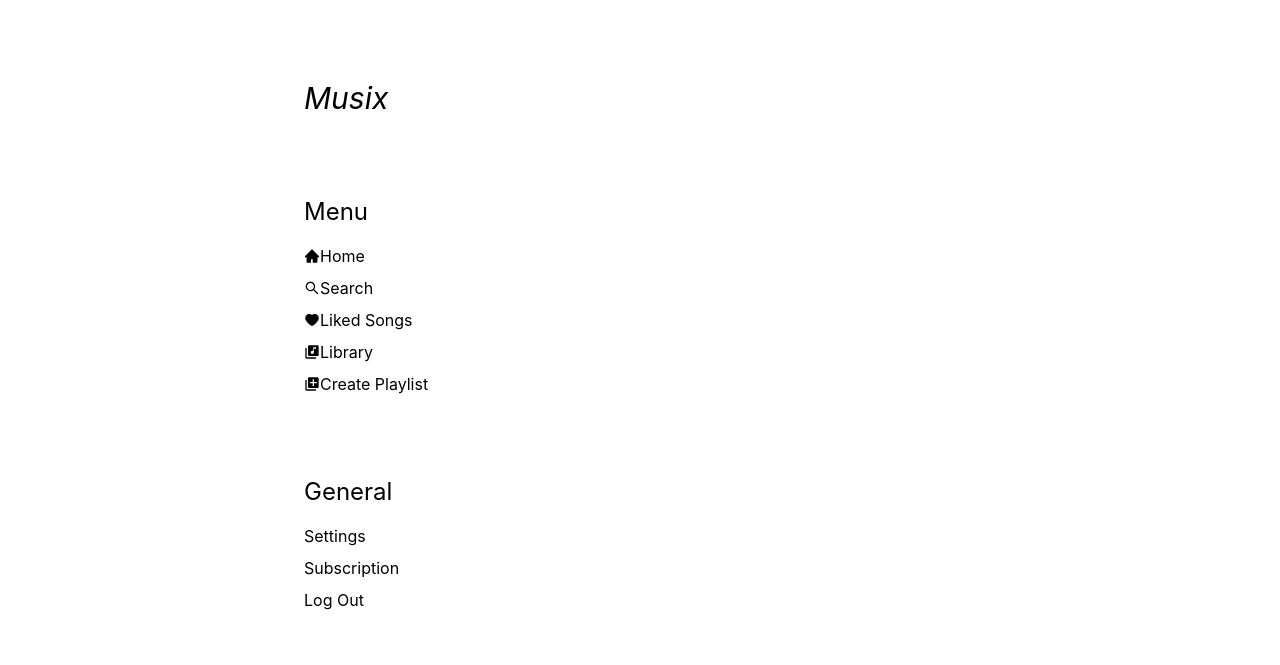
Repository: brandford7/music-player
Page: /
The author's editor kept a copy of each file at every save. The page is drawn from the files as they stood at one save, then again after a run of saves.
The browser window is 1280 px wide. The pictures show the whole page.
The project was rebuilt for these pictures with package versions that can differ from the ones it lists, and the page was loaded fresh each time. The framework's server and built-in components were replaced by stand-ins that run in the browser. Also part of the build but not shown: next.config.js.

Above is the page before, as saved 2022-11-18 11:25:15.

### pages/index.js
import Head from "next/head";
import Image from "next/image";
import { Sidebar } from "../components";

export default function Home() {
  return (
    <div className="flex mx-auto max-w-2xl my-20">
      <Head>
        <title>Music Player</title>
        <meta name="description" content="Generated by create next app" />
        <link rel="icon" href="/favicon.ico" />
      </Head>
      <aside>
        <Sidebar />
      </aside>
    </div>
  );
}

### styles/globals.css
@tailwind base;
@tailwind components;
@tailwind utilities;



html,
body {
  padding: 0;
  margin: 0;
  font-family: -apple-system, BlinkMacSystemFont, Segoe UI, Roboto, Oxygen,
    Ubuntu, Cantarell, Fira Sans, Droid Sans, Helvetica Neue, sans-serif;
}

a {
  color: inherit;
  text-decoration: none;
}

* {
  box-sizing: border-box;
}

@media (prefers-color-scheme: dark) {
  html {
    color-scheme: dark;
  }
  body {
    color: white;
    background: black;
  }
}

### components/index.js
export {default as Sidebar} from './Sidebar';

### components/Sidebar.jsx
import React from "react";
import {
  AiFillHome,
  AiOutlineSearch,
  AiFillHeart,
  AiFillSetting,
} from "react-icons/ai";
import { MdLibraryMusic, MdLibraryAdd } from "react-icons/md";

const Sidebar = () => {
  return (
    <div className="flex flex-col space-y-20">
      <section>
        <h1 className="text-3xl italic">Musix</h1>
      </section>
      <section>
        <h2 className="mb-4 text-2xl">Menu</h2>
        <ul className="space-y-2">
          <li className="flex items-center ">
            <AiFillHome />
            Home
          </li>
          <li className="flex items-center ">
            <AiOutlineSearch />
            Search
          </li>
          <li className="flex items-center ">
            <AiFillHeart />
            Liked Songs
          </li>
          <li className="flex items-center ">
            <MdLibraryMusic />
            Library
          </li>
          <li className="flex items-center ">
            <MdLibraryAdd />
            Create Playlist
          </li>
        </ul>
      </section>
      <section>
        <h2 className="mb-4 text-2xl">General</h2>
        <ul className="space-y-2">
          <li>Settings</li>
          <li>Subscription</li>
          <li>Log Out</li>
        </ul>
      </section>
    </div>
  );
};

export default Sidebar;

Loaded but not shown: pages/_app.js (common file); tailwind.config.js (common file)

After the next 3 saves:
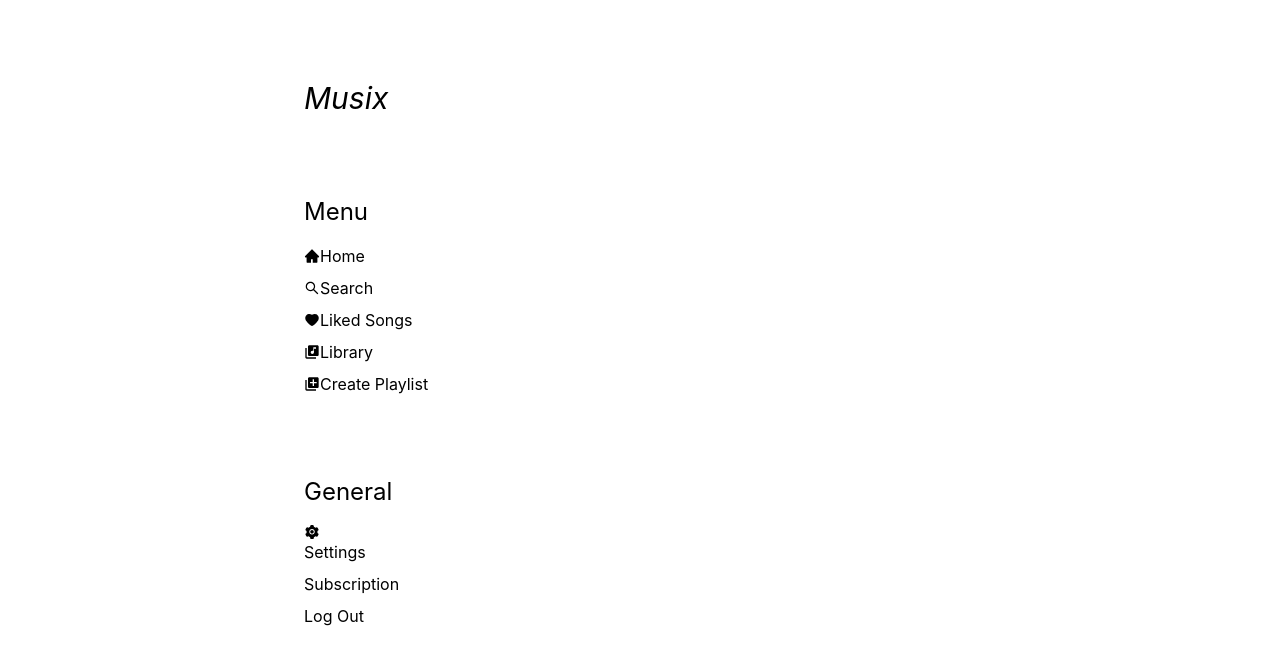
The 3 saves are shown as one change because they came seconds apart.
The last was saved 13 s later.
--- a/components/Sidebar.jsx
+++ b/components/Sidebar.jsx
@@ -41,7 +41,7 @@ const Sidebar = () => {
       <section>
         <h2 className="mb-4 text-2xl">General</h2>
         <ul className="space-y-2">
-          <li>Settings</li>
+          <li><AiFillSetting/>Settings</li>
           <li>Subscription</li>
           <li>Log Out</li>
         </ul>
